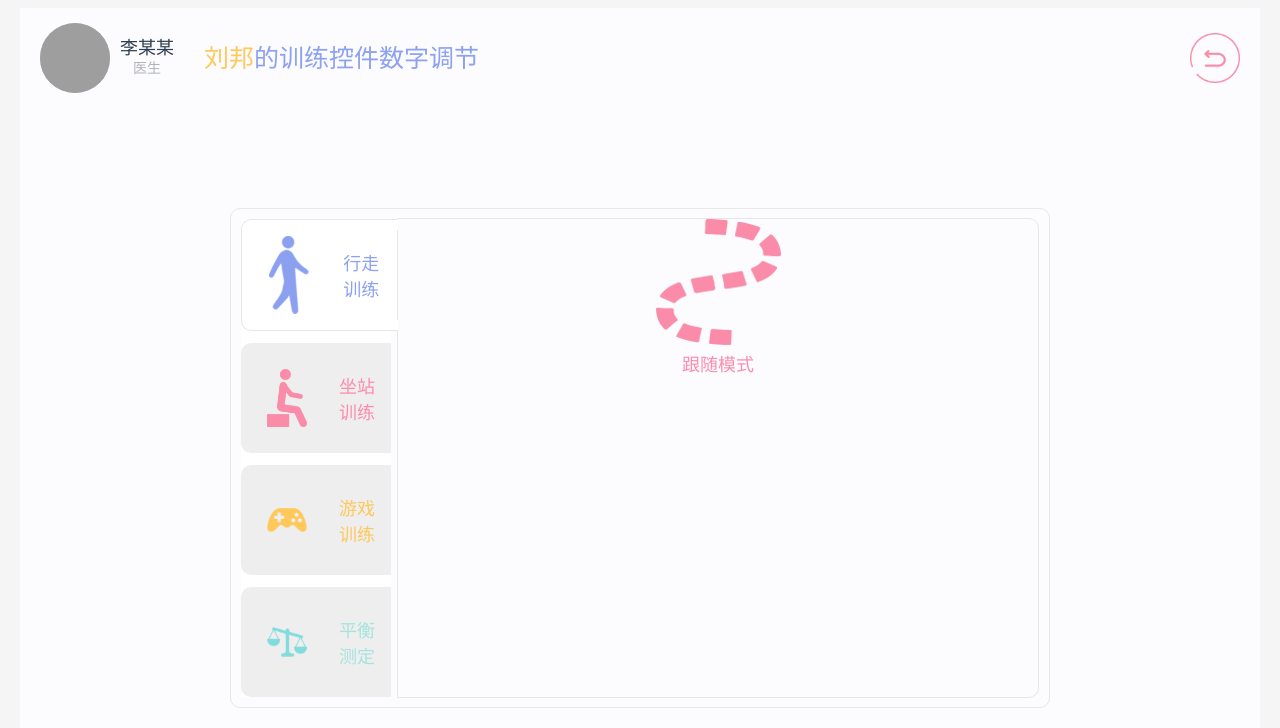
Repository: wangdanqing90/electron-vue-doctor
Page: /#/trainingAdjust
These files come from the project's save history. The page is drawn as it stood at one moment and after the next save; the edit follows.
The browser window is 1280 px wide. The pictures show the whole page.
Pictures or frames that could not be fetched are drawn as grey boxes. The project was rebuilt for these pictures with package versions that can differ from the ones it lists, and the page was loaded fresh each time. Also part of the build but not shown: vue.config.js, src/views/Home.vue, src/assets/styles/variable.scss, src/assets/styles/iconfont.css.

Above is the page before, as saved 2020-01-15 10:30:43.

### public/index.html
<!DOCTYPE html>
<html lang="en">
  <head>
    <meta charset="utf-8">
    <meta http-equiv="X-UA-Compatible" content="IE=edge">
    <meta name="viewport" content="width=device-width,initial-scale=1.0">
    <link rel="icon" href="<%= BASE_URL %>favicon.ico">
    <title>electron-vue-demo</title>
  </head>
  <body>
    <noscript>
      <strong>We're sorry but electron-vue-demo doesn't work properly without JavaScript enabled. Please enable it to continue.</strong>
    </noscript>
    <div id="app"></div>
    <!-- built files will be auto injected -->
  </body>
</html>

### src/main.js
import Vue from 'vue'
import ElementUI from 'element-ui';
import 'element-ui/lib/theme-chalk/index.css';
import App from './App.vue'
import router from './router'
import store from './store'


import './assets/styles/variable.scss';
import './assets/styles/base.scss';
import './assets/styles/common.scss';
import './assets/styles/iconfont.css';
import common from './assets/js/common.js';


Vue.config.productionTip = false;
Vue.prototype.common = common;
Vue.use(ElementUI);


var vm = new Vue({
  router,
  store,
  render: h => h(App)
}).$mount('#app')





//var addon = require('bindings')('hello');var addon = require('bindings')('hello');
//alert(addon.hello()); // 'world'

### src/App.vue
<template>
  <div id="app">
    <!-- <div id="nav">
      <router-link to="/">Home</router-link> |
      <router-link to="/about">About</router-link>
    </div>-->
    <keep-alive>
      <router-view v-if="$route.meta.keepAlive"></router-view>
    </keep-alive>
    <router-view v-if="!$route.meta.keepAlive"></router-view>
  </div>
</template>

<style lang="scss">
#app {
  font-family: "Avenir", Helvetica, Arial, sans-serif;
  -webkit-font-smoothing: antialiased;
  -moz-osx-font-smoothing: grayscale;
  text-align: center;
  color: #2c3e50;
  height: 100%;
}
#nav {
  padding: 30px;
  a {
    font-weight: bold;
    color: #2c3e50;
    &.router-link-exact-active {
      color: #42b983;
    }
  }
}
</style>

### src/router.js
import Vue from 'vue'
import Router from 'vue-router'
import Home from './views/Home.vue'



const routerPush = Router.prototype.push
Router.prototype.push = function push(location) {
  return routerPush.call(this, location).catch(error => error)
}

Vue.use(Router)

export default new Router({
  routes: [{
      path: '/',
      name: 'home',
      component: Home,
      meta: {
        title: '首页',
        keepAlive: false
      }
    }, {
      path: '/login',
      name: 'login',
      component: () => import('./views/Login/Login.vue'),
      meta: {
        title: '登录',
        keepAlive: false
      }
    },
    {
      path: '/result',
      name: 'result',
      component: () => import('./views/Result/Result.vue'),
      meta: {
        title: '重置结果',
        keepAlive: false
      }
    },
    {
      path: '/forgetPassword',
      name: 'forgetPassword',
      component: () => import('./views/ForgetPassword/ForgetPassword.vue'),
      meta: {
        title: '忘记密码',
        keepAlive: false
      }
    }, {
      path: '/register',
      name: 'register',
      component: () => import('./views/Register/Register.vue'),
      meta: {
        title: '注册',
        keepAlive: false
      }
    }, {
      path: '/detailInform',
      name: 'detailInform',
      component: () => import('./views/DetailInform/DetailInform.vue'),
      meta: {
        title: '基本信息',
        keepAlive: false
      }
    }, {
      path: '/trainingList',
      name: 'trainingList',
      component: () => import('./views/TrainingList/TrainingList.vue'),
      meta: {
        title: '训练列表',
        keepAlive: false
      }
    }, {
      path: '/trainingPlan',
      name: 'trainingPlan',
      component: () => import('./views/TrainingPlan/TrainingPlan.vue'),
      meta: {
        title: '本次训练计划',
        keepAlive: false
      }
    }, {
      path: '/trainingSlider',
      name: 'trainingSlider',
      component: () => import('./views/TrainingSlider/TrainingSlider.vue'),
      meta: {
        title: '训练模式选择',
        keepAlive: false
      }
    }, {
      path: '/trainingAdjust',
      name: 'trainingAdjust',
      component: () => import('./views/TrainingAdjust/TrainingAdjust.vue'),
      meta: {
        title: '训练控件数字调节',
        keepAlive: false
      }
    }
  ]
})

### src/assets/styles/base.scss
html {
  background: #f5f5f5;
  height: 100%;
}

body {
  height: 100%;
}

p {
  margin: 0;
  padding: 0;
}

ol,
ul {
  list-style: none;
  margin: 0;
  padding: 0;
}

a {
  cursor: pointer;
}

.wrap-white {
  background: #fff;
  padding-left: 20px;
  padding-right: 20px;
  overflow: hidden;

}

.el-breadcrumb {
  margin-bottom: 15px;
}

.el-titleText {
  font-size: 20px;
  color: black;
  height: 64px;
  line-height: 64px;
}

//::-webkit-scrollbar {
//  width: 5px;
//  height: 5px;
//}
//
//::-webkit-scrollbar:horizontal {
//  height: 15px;
//}
//
//::-webkit-scrollbar-track-piece:vertical {
//  background-color: rgba(0, 0, 0, 0.2);
//  -webkit-border-radius: 6px;
//}
//
//::-webkit-scrollbar-track:horizontal {
//  background-color: rgba(0, 0, 0, 0.2);
//}
//
//::-webkit-scrollbar-thumb:vertical {
//  height: 5px;
//  background-color: rgba(125, 125, 125, 0.7);
//  -webkit-border-radius: 6px;
//}
//
//::-webkit-scrollbar-thumb:horizontal {
//  width: 5px;
//  background-color: rgba(125, 125, 125, 0.7);
//}

input[type="text"],
input[type="number"] {
  //-webkit-appearance: none;
  background-color: #fff;
  border-radius: 4px;
  border: 1px solid #d8dce5;
  box-sizing: border-box;
  color: #5a5e66;
  display: inline-block;
  font-size: inherit;
  height: 40px;
  line-height: 1;
  outline: 0;
  padding: 0 15px;
  -webkit-transition: border-color .2s cubic-bezier(.645, .045, .355, 1);
  transition: border-color .2s cubic-bezier(.645, .045, .355, 1);
  width: 100%;

  &:hover {
    border-color: #b4bccc;
  }

  &:focus {
    border-color: #409EFF;
    outline: 0;
  }
}

/*滚动条*/
::-webkit-scrollbar {
  -webkit-appearance: none;
}

::-webkit-scrollbar:vertical {
  width: 10px;
}

::-webkit-scrollbar:horizontal {
  height: 10px;
}

::-webkit-scrollbar-thumb {
  background-color: rgba(0, 0, 0, .5);
  border-radius: 10px;
  border: 2px solid #ffffff;
}

::-webkit-scrollbar-track {
  border-radius: 10px;
  background-color: #ffffff;
}

/*margin*/
.margin-bottom-240 {
  margin-bottom: 240px;
}

.margin-top--10 {
  margin-top: -10px;
}

.margin-top--15 {
  margin-top: -15px;
}

.margin-top--18 {
  margin-top: -18px;
}

.margin-top--20 {
  margin-top: -20px;
}

.margin-top--40 {
  margin-top: -40px;
}

.margin-top--60 {
  margin-top: -60px;
}

.margin-top--80 {
  margin-top: -80px;
}

.margin-top--180 {
  margin-top: -180px;
}

.margin-top-0 {
  margin-top: 0px !important;
}

.margin-top-10 {
  margin-top: 10px;
}

.margin-top-15 {
  margin-top: 15px;
}

.margin-top-20 {
  margin-top: 20px;
}

.margin-top-25 {
  margin-top: 25px;
}

.margin-top-30 {
  margin-top: 30px;
}

.margin-top-35 {
  margin-top: 35px;
}

.margin-top-40 {
  margin-top: 40px;
}

.margin-top-46 {
  margin-top: 46px;
}

.margin-top-50 {
  margin-top: 50px;
}

.margin-top-60 {
  margin-top: 60px;
}

.margin-top-70 {
  margin-top: 70px;
}

.margin-top-80 {
  margin-top: 80px;
}

.margin-top-100 {
  margin-top: 100px;
}

.margin-bottom-0 {
  margin-bottom: 0px !important;
}

.margin-bottom-5 {
  margin-bottom: 5px;
}

.margin-bottom-10 {
  margin-bottom: 20px;
}

.margin-bottom-20 {
  margin-bottom: 20px;
}

.margin-bottom-25 {
  margin-bottom: 25px;
}

.margin-bottom-30 {
  margin-bottom: 30px;
}

.margin-bottom-40 {
  margin-bottom: 40px;
}

.margin-bottom-50 {
  margin-bottom: 50px;
}

.margin-bottom-60 {
  margin-bottom: 60px;
}

.margin-bottom-70 {
  margin-bottom: 70px;
}

.margin-left-0 {
  margin-left: 0px !important;
}

.margin-left-5 {
  margin-left: 5px;
}

.margin-left--15 {
  margin-left: -15px;
}

.margin-left--35 {
  margin-left: -35px;
}

.margin-left-10 {
  margin-left: 10px;
}

.margin-left-25 {
  margin-left: 25px;
}

.margin-left-30 {
  margin-left: 30px;
}

.margin-left-40 {
  margin-left: 40px;
}

.margin-right-0 {
  margin-right: 0px;
}

.margin-right-5 {
  margin-right: 5px;
}

.margin-right-10 {
  margin-right: 10px;
}

.margin-right-30 {
  margin-right: 30px;
}


.margin-right--15 {
  margin-right: -15px;
}

.margin-right--35 {
  margin-right: -35px;
}

.margin-right--50 {
  margin-right: -50px;
}

.margin-0 {
  margin: 0px;
}

.padding-top-5 {
  padding-top: 5px;
}

.padding-top-10 {
  padding-top: 10px;
}

.padding-top-15 {
  padding-top: 15px;
}

.padding-top-20 {
  padding-top: 20px;
}

.padding-top-26 {
  padding-top: 26px;
}

.padding-top-30 {
  padding-top: 30px;
}

.padding-top-35 {
  padding-top: 35px;
}

.padding-top-40 {
  padding-top: 40px;
}

.padding-top-60 {
  padding-top: 60px;
}

.padding-top-70 {
  padding-top: 70px;
}

.padding-top-100 {
  padding-top: 100px;
}

.padding-top-150 {
  padding-top: 150px;
}

.padding-top-250 {
  padding-top: 250px;
}

.padding-left-0 {
  padding-left: 0px;
}

.padding-left-5 {
  padding-left: 5px;
}

.padding-left-7 {
  padding-left: 7.5px;
}

.padding-left-10 {
  padding-left: 10px;
}

.padding-left-12 {
  padding-left: 12px;
}

.padding-left-15 {
  padding-left: 15px;
}

.padding-left-20 {
  padding-left: 20px;
}

.padding-left-24 {
  padding-left: 24px;
}

.padding-left-30 {
  padding-left: 30px;
}

.padding-left-40 {
  padding-left: 40px;
}

.padding-left-50 {
  padding-left: 50px;
}

.padding-left-70 {
  padding-left: 70px;
}

.padding-left-90 {
  padding-left: 90px;
}

.padding-bottom-5 {
  padding-bottom: 5px;
}

.padding-bottom-10 {
  padding-bottom: 10px;
}

.padding-bottom-20 {
  padding-bottom: 20px;
}

.padding-bottom-26 {
  padding-bottom: 26px;
}

.padding-bottom-30 {
  padding-bottom: 30px;
}

.padding-bottom-40 {
  padding-bottom: 40px;
}

.padding-bottom-50 {
  padding-bottom: 50px;
}

.padding-bottom-60 {
  padding-bottom: 60px;
}

.padding-bottom-100 {
  padding-bottom: 100px;
}

.padding-right-0 {
  padding-right: 0px;
}

.padding-right-7 {
  padding-right: 7.5px;
}

.padding-right-15 {
  padding-right: 15px;
}

.padding-right-30 {
  padding-right: 30px;
}

.padding-right-40 {
  padding-right: 40px;
}

.padding-right-50 {
  padding-right: 50px;
}

.padding-right-60 {
  padding-right: 60px;
}

.padding-right-90 {
  padding-right: 90px;
}

.padding-0 {
  padding: 0px !important;
}

.padding-15 {
  padding: 15px;
}

.padding-20 {
  padding: 20px;
}

@media (min-width: 992px) {
  .margin-left-15 {
    margin-left: 15px;
  }

  .margin-right-15 {
    margin-right: 15px;
  }
}

body {
  font-size: 12px;
  color: #7F8FA4;
  font-family: "Helvetica Neue", Helvetica, "PingFang SC", "Hiragino Sans GB", "Microsoft YaHei", "微软雅黑", Arial, sans-serif;
  box-sizing: border-box;
}

.container {
  width: 1200px;
  min-height: 100%;
  margin: 0 auto;
  background: #fcfcfe;
  padding: 0 20px;
}

.el-dialog__body {
  font-size: 12px;
}

.pb10 {
  padding-bottom: 10px;
}

.pb30 {
  padding-bottom: 30px;
}

.mb30 {
  margin-bottom: 30px;
}

.toolbar {
  background: #fff;
  padding: 10px;
  margin: 10px 0px;
  text-align: center;
}

.handleMoreWrap .el-dialog__body {
  padding: 10px;
}

.handleMore-title {
  text-align: center;
  padding-bottom: 6px;
}

.handleMoreHeight {
  max-height: 300px;
  overflow: hidden;
  overflow-y: auto;
  border-top: 1px solid #ddd;
  padding-top: 10px;
}

.el-table__header th {
  white-space: nowrap;
  font-size: 12px;
  font-weight: 100;
}

.content-wrapper {
  -webkit-overflow-scrolling: touch;
}

.center {
  text-align: center;
}

.text-right {
  text-align: right;
}

.text-left {
  text-align: left;
}

.f-left {
  float: left;
}

.f-right {
  float: right;
}

.hand {
  cursor: pointer;
}

/*flex兼容*/
.display_flex {
  display: -webkit-box;
  display: -ms-flexbox;
  display: -webkit-flex;
  display: flex;
}

// .display_flex>* {
//   display: block;
// }

.display_inline-flex {
  display: -webkit-inline-box;
  display: -ms-inline-flexbox;
  display: -webkit-inline-flex;
  display: inline-flex;
}

// .display_inline-flex>* {
//   display: block;
// }

/*伸缩流方向*/
.flex-direction_column {
  -webkit-box-orient: vertical;
  -ms-flex-direction: column;
  -webkit-flex-direction: column;
  flex-direction: column;
}

/*主轴对齐*/
.justify-content_flex-center {
  -webkit-box-pack: center;
  -ms-flex-pack: center;
  -webkit-justify-content: center;
  justify-content: center;
}

.justify-content_flex-start {
  -webkit-box-pack: start;
  -ms-flex-pack: start;
  -webkit-justify-content: flex-start;
  justify-content: flex-start;
}

.justify-content_flex-end {
  -webkit-box-pack: end;
  -ms-flex-pack: end;
  -webkit-justify-content: flex-end;
  justify-content: flex-end;
}

.justify-content_flex-justify {
  -webkit-box-pack: justify;
  -ms-flex-pack: justify;
  -webkit-justify-content: space-between;
  justify-content: space-between;
}

.justify-content_flex-around {
  -webkit-box-pack: justify;
  -ms-flex-pack: justify;
  -webkit-justify-content: space-around;
  justify-content: space-around;
}

/*侧轴对齐*/
.align-items_flex-start {
  -webkit-box-align: start;
  -ms-flex-align: start;
  -webkit-align-items: flex-start;
  align-items: flex-start;
}

.align-items_flex-end {
  -webkit-box-align: end;
  -ms-flex-align: end;
  -webkit-align-items: flex-end;
  align-items: flex-end;
}

.align-items_center {
  -webkit-box-align: center;
  -ms-flex-align: center;
  -webkit-align-items: center;
  align-items: center;
}

.align-items_baseline {
  -webkit-box-align: baseline;
  -ms-flex-align: baseline;
  -webkit-align-items: baseline;
  align-items: baseline;
}

/*伸缩性*/
.flex_auto {
  -webkit-box-flex: 1;
  -ms-flex: auto;
  -webkit-flex: auto;
  flex: auto;
}

.flex_1 {
  width: 0;
  -webkit-box-flex: 1;
  -ms-flex: 1;
  -webkit-flex: 1;
  flex: 1;
}

/*显示顺序*/
.order_2 {
  -webkit-box-ordinal-group: 2;
  -ms-flex-order: 2;
  -webkit-order: 2;
  order: 2;
}

.order_3 {
  -webkit-box-ordinal-group: 3;
  -ms-flex-order: 3;
  -webkit-order: 3;
  order: 3;
}

### src/assets/styles/common.scss
.clearfix {

  &::after {
    display: block;
    height: 0;
    content: ".";
    clear: both;
    visibility: hidden;
  }
}

.float-left {
  float: left;
}

.float-right {
  float: right;
}

.align-left {
  text-align: left;
}

.align-right {
  text-align: right;
}

.small-size {
  font-size: 12px !important;
}

.large-size {
  font-size: 16px !important;
}

.New-elFrom {
  padding: 10px;
  background: #fff;

  .el-form-item {
    margin-bottom: 0;
  }

  .el-form-item__label {
    padding: 0;
    line-height: 30px;
    font-size: 12px;
    color: #7F8FA4;

  }

  .el-form-item__content-btn {
    text-align: center;
    padding: 20px 0 10px;
  }

  .el-select {
    display: block;
  }

  .el-date-editor.el-input,
  .el-input-number--medium {
    width: 100%;
  }
}

.el-radio-group {
  display: flex;
  display: -webkit-flex;
}

.el-radio-group .el-radio-button {
  flex: 1;
}



.el-button.purple,
.el-button.purple:active,
.el-button.purple:focus,
.el-button.purple:hover {
  color: white;
  background-color: #8c69e7;
  border: none;
  box-shadow: 0 2px 12px 0 rgba(240, 240, 240, 0.1)
}



.el-dialog {
  border-radius: 10px;

  .el-dialog__body {
    .purple {
      color: $purpleFontColor;
      font-size: 20px;
    }
  }
}

.el-form-item__label {
  color: $purpleFontColor;
}

.el-message-box .el-message-box__content {
  color: $purpleFontColor;
  font-size: 20px;
  margin: 30px 0;
  text-align: center;
}

.purpleFontColor {
  color: $purpleFontColor;
}

.pinkFontColor {
  color: $pinkFontColor;
}

.greenFontColor {
  color: $greenFontColor;
}

.yellowFontColor {
  color: $yellowFontColor;
}

### src/assets/js/common.js
1
export default {
    login: function () {
        console.log("1111");
    },

    // 判断是否为空
    isNullOrBlank: function (strJudge) {
        return strJudge === null || strJudge === undefined || strJudge === '';
    },

    // 计算两个日期时间差
    DateDiff: function (sDate1, sDate2) { // sDate1和sDate2是2002-12-18格式
        var aDate, oDate1, oDate2, iDays
        aDate = sDate1.split('-')
        oDate1 = new Date(aDate[1] + '-' + aDate[2] + '-' + aDate[0])
        aDate = sDate2.split('-')
        oDate2 = new Date(aDate[1] + '-' + aDate[2] + '-' + aDate[0])
        iDays = parseInt(Math.abs(oDate1 - oDate2) / 1000 / 60 / 60 / 24)
        return iDays
    }
}

### src/views/TrainingAdjust/TrainingAdjust.vue
/* eslint-disable vue/no-unused-vars */
<template>
  <div class="container">
    <HeaderDoctor :leftImg="leftImg" :title="title" :titleName="titleName">
      <template v-slot:right>
        <div class="header-right-div display_flex justify-content_flex-center align-items_center">
          <img src="@/../images/back.png" @click="backClick" />
        </div>
      </template>
    </HeaderDoctor>

    <div class="inform-container">
      <div class="inform-inner display_flex justify-content_flex-justify align-items_center">
        <div
          class="left display_inline-flex flex-direction_column justify-content_flex-justify align-items_center"
        >
          <div
            class="left-inner"
            :class="activeClass == index ? 'active':''"
            v-for="(item,index) in tagList"
            :key="index"
            @click="getItem(index)"
          >
            <div
              class="left-inner-inner display_flex justify-content_flex-around align-items_center"
            >
              <img :src="item.imgsrc" />
              <div :class="item.colorClass">
                <div>{{item.name}}</div>
                <div>{{item.namebottom}}</div>
              </div>
            </div>
          </div>
        </div>
        <div class="right">
          <div class="adjust-container pinkFontColor active">
            <div class="top">
              <img :src="adjustList[0].selectedImg" />
              <div>{{adjustList[0].title}}</div>
            </div>
            <div class="bottom"></div>
          </div>
        </div>
      </div>
    </div>
  </div>
</template>

<script>
import HeaderDoctor from "@/components/HeaderDoctor/HeaderDoctor.vue";
//import Adjust from "@/components/Adjust/Adjust.vue";

export default {
  name: "trainingPlan",
  components: {
    HeaderDoctor
    // Adjust
  },

  data() {
    return {
      leftImg: "",
      activeClass: 0,
      tagList: [
        {
          name: "行走",
          namebottom: "训练",
          id: 1,
          imgsrc: require("@/../images/walkingtraining.png"),
          colorClass: "purpleFontColor"
        },
        {
          name: "坐站",
          namebottom: "训练",
          id: 2,
          imgsrc: require("@/../images/stationtraining.png"),
          colorClass: "pinkFontColor"
        },
        {
          name: "游戏",
          namebottom: "训练",
          id: 3,
          imgsrc: require("@/../images/gametraining.png"),
          colorClass: "yellowFontColor"
        },
        {
          name: "平衡",
          namebottom: "测定",
          id: 4,
          imgsrc: require("@/../images/balancedetermination.png"),
          colorClass: "greenFontColor"
        }
      ],
      adjustList: [
        {
          selectedImg: require("@/../images/followmode_0.png"),
          unselectedImg: require("@/../images/followmode_2.png"),
          title: "跟随模式",
          width: "210px",
          colorClass: "pinkFontColor",
          active: true
        },
        {
          selectedImg: require("@/../images/followmode_0.png"),
          unselectedImg: require("@/../images/followmode_2.png"),
          title: "跟随模式",
          width: "210px",
          colorClass: "pinkFontColor",
          active: false
        }
      ]
    };
  },
  created() {
    this.leftImg = require("../../../images/logo.png");
    this.title = "的训练控件数字调节";
    this.titleName = "刘邦";
  },
  methods: {
    backClick() {
      this.$router.go(-1);
    },
    getItem(index) {
      this.activeClass = index; // 把当前点击元素的index，赋值给activeClass
    }
  },
  watch: {}
};
</script>

<style scoped lang="scss">
.header {
  .header-right {
    img {
      width: 50px;
      margin-left: 20px;
    }
  }
}
.inform-container {
  box-sizing: border-box;
  margin: 100px auto;
  height: 500px;
  font-size: 12px;
  border-radius: 10px;
  border: 1px solid #e7e7e7;
  width: 820px;

  .inform-inner {
    box-sizing: border-box;
    padding: 10px;
    height: 100%;
    font-size: 18px;
    .left {
      width: 150px;
      background: white;
      height: 100%;
      z-index: 10;
      .left-inner {
        width: 100%;
        border-radius: 10px 0 0 10px;
        background: #eeeeee;
        .left-inner-inner {
          height: 90px;
          margin: 10px 0 10px 10px;
        }
        img {
          width: 40px;
        }
      }
      .active {
        background: white;
        border-top: 1px solid #e7e7e7;
        border-left: 1px solid #e7e7e7;
        border-bottom: 1px solid #e7e7e7;
        width: 156px;
        margin-right: -6px;
        .left-inner-inner {
          border-right: 1px solid #e7e7e7;
        }
      }
    }
    .right {
      width: 640px;

      height: 100%;
      border-top: 1px solid #e7e7e7;
      border-right: 1px solid #e7e7e7;
      border-bottom: 1px solid #e7e7e7;
      border-left: 1px solid #e7e7e7;
      border-radius: 0 10px 10px 0;
    }
  }
}
</style>

### src/components/HeaderDoctor/HeaderDoctor.vue
// 头部组件
<template>
  <el-row>
    <el-col :span="24" class="header">
      <div
        @click="jumpDoctorInform"
        class="header-left f-left display_flex justify-content_flex-center align-items_center"
      >
        <el-avatar
          :size="70"
          src="https://cube.elemecdn.com/0/88/03b0d39583f48206768a7534e55bcpng.png"
        ></el-avatar>
        <div
          class="display_flex flex-direction_column justify-content_flex-center align-items_center margin-left-10"
        >
          <div class="name">李某某</div>
          <div class="job">医生</div>
        </div>
      </div>
      <div class="header-middle-name f-left">{{titleName}}</div>
      <div class="header-middle f-left">{{title}}</div>

      <div class="header-right f-right">
        <slot name="right"></slot>
      </div>
    </el-col>
  </el-row>
</template>

<script>
export default {
  name: "HeaderDoctor",
  props: {
    msg: String,
    leftImg: {
      type: String,
      default: "../../../images/logo.png"
    },
    title: { String, default: "" },
    titleName: { String, default: "" }
  },

  data() {
    return {};
  },

  created() {},
  beforeDestroy() {},
  beforeMount() {},
  mounted() {},
  destroyed() {},
  methods: {
    jumpDoctorInform() {
      this.$router.push({
        path: "/detailInform",
        name: "detailInform",
        query: { type: "doctor" }
      });
    }
  }
};
</script>

<style scoped lang="scss">
.header {
  height: 100px;
  line-height: 100px;
  .header-left {
    height: 100%;
    text-align: left;
    margin-right: 30px;
    img {
      width: 150px;
    }
    .name {
      height: 20px;
      line-height: 20px;
      font-size: 18px;
    }
    .job {
      height: 20px;
      line-height: 20px;
      font-size: 14px;
      color: #b0b3b9;
    }
  }
  .header-middle-name {
    font-size: 25px;

    color: $yellowFontColor;
  }
  .header-middle {
    font-size: 25px;

    color: $purpleFontColor;
  }
  .header-right {
    height: 100%;
  }
}

::v-deep .header-right-div {
  height: 100%;
}
</style>

Loaded but not shown: src/store.js (common file)

After the next save:
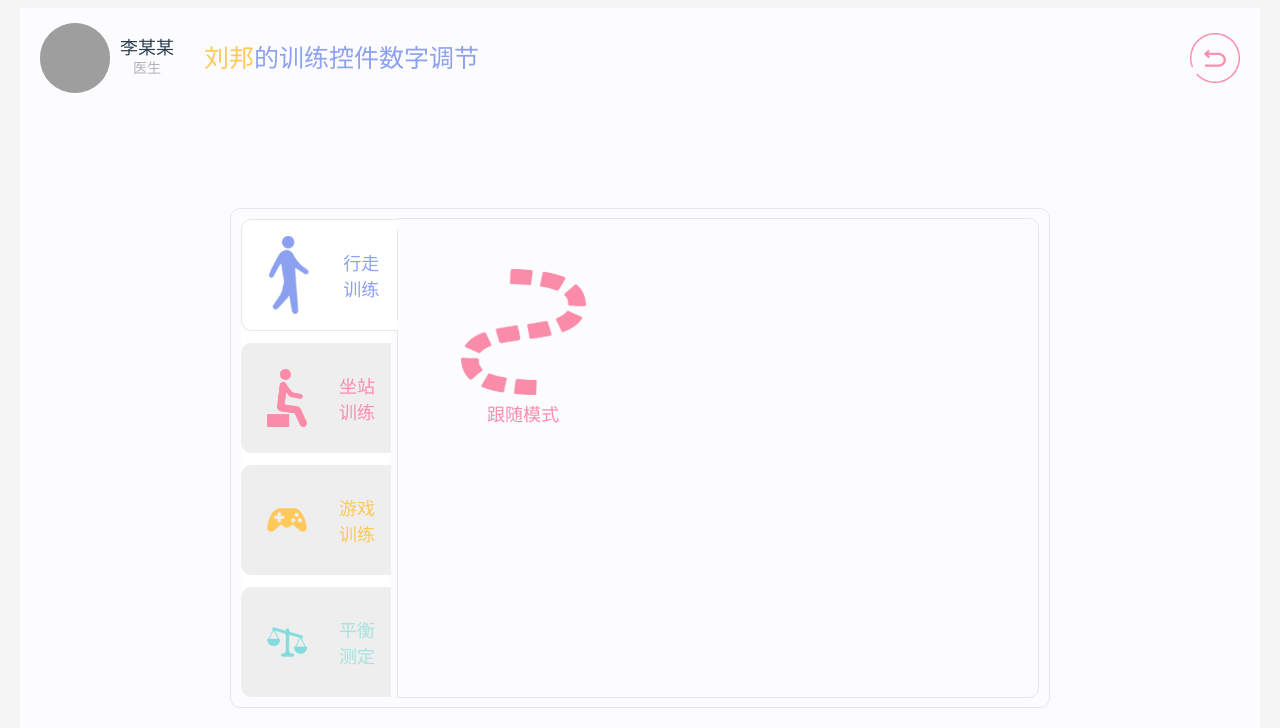
Saved 51 s later.
--- a/src/views/TrainingAdjust/TrainingAdjust.vue
+++ b/src/views/TrainingAdjust/TrainingAdjust.vue
@@ -182,13 +182,16 @@ export default {
     }
     .right {
       width: 640px;
-
       height: 100%;
       border-top: 1px solid #e7e7e7;
       border-right: 1px solid #e7e7e7;
       border-bottom: 1px solid #e7e7e7;
       border-left: 1px solid #e7e7e7;
       border-radius: 0 10px 10px 0;
+      .adjust-container {
+        width: 210px;
+        padding: 50px 20px;
+      }
     }
   }
 }
